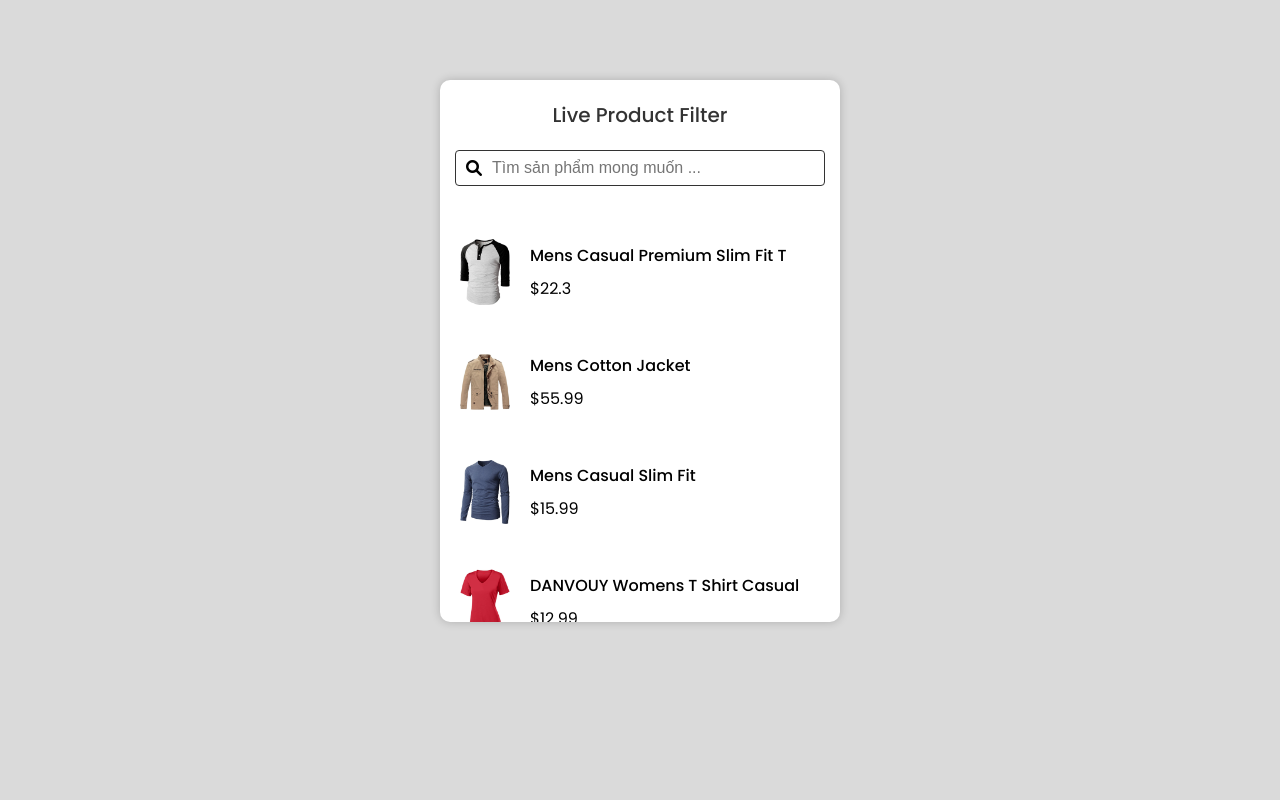
Repository: huannt2001/live-product-filter
Page: index.html
An editor plug-in stored every save of this project. The page is shown before and after the next save, followed by the edit.
The browser window is 1280 px wide. The pictures show the whole page.

Above is the page before, as saved 2022-01-08 10:35:47.

### index.html
<!DOCTYPE html>
<html lang="en">

<head>
    <meta charset="UTF-8">
    <meta http-equiv="X-UA-Compatible" content="IE=edge">
    <meta name="viewport" content="width=device-width, initial-scale=1.0">
    <title>Live Product Filter</title>
    <link rel="stylesheet" href="./style.css">
    <link rel="stylesheet" href="https://cdnjs.cloudflare.com/ajax/libs/font-awesome/6.0.0-beta3/css/all.min.css"
        integrity="sha512-Fo3rlrZj/k7ujTnHg4CGR2D7kSs0v4LLanw2qksYuRlEzO+tcaEPQogQ0KaoGN26/zrn20ImR1DfuLWnOo7aBA=="
        crossorigin="anonymous" referrerpolicy="no-referrer" />
    <link href="https://fonts.googleapis.com/css2?family=Poppins:wght@100;200;300;400;500;600;700;800;900&display=swap"
        rel="stylesheet">
</head>

<body>
    <div class="container">
        <div class="header">
            <h2 class="header__title">Live Product Filter</h2>
            <div class="header__input-wrap">
                <div class="header__search-icon">
                    <i class="fas fa-search"></i>
                </div>
                <input type="text" placeholder="Tìm sản phẩm mong muốn ..." class="header__input">
            </div>
        </div>

        <div class="product-list">
            <div class="product__item">
                <img src="./img/img1.jpg" alt="" class="product__item-image">
                <div class="product__item-desc">
                    <h4 class="product__item-name">Fjallraven - Foldsack No. 1 Ba</h4>
                    <div class="product__item-price">$109.95</div>
                </div>
            </div>
            <div class="product__item">
                <img src="./img/img2.jpg" alt="" class="product__item-image">
                <div class="product__item-desc">
                    <h4 class="product__item-name">Mens Casual Premium Slim Fit T</h4>
                    <div class="product__item-price">$22.3</div>
                </div>
            </div>
            <div class="product__item">
                <img src="./img/img3.jpg" alt="" class="product__item-image">
                <div class="product__item-desc">
                    <h4 class="product__item-name">Mens Cotton Jacket</h4>
                    <div class="product__item-price">$55.99</div>
                </div>
            </div>
            <div class="product__item">
                <img src="./img/img4.jpg" alt="" class="product__item-image">
                <div class="product__item-desc">
                    <h4 class="product__item-name">Mens Casual Slim Fit</h4>
                    <div class="product__item-price">$15.99</div>
                </div>
            </div>
            <div class="product__item">
                <img src="./img/img5.jpg" alt="" class="product__item-image">
                <div class="product__item-desc">
                    <h4 class="product__item-name">John Hardy Women's Legends Nag</h4>
                    <div class="product__item-price">$695</div>
                </div>
            </div>
            <div class="product__item">
                <img src="./img/img6.jpg" alt="" class="product__item-image">
                <div class="product__item-desc">
                    <h4 class="product__item-name">Solid Gold Petite Micropave</h4>
                    <div class="product__item-price">$168</div>
                </div>
            </div>
            <div class="product__item">
                <img src="./img/img7.jpg" alt="" class="product__item-image">
                <div class="product__item-desc">
                    <h4 class="product__item-name">White Gold Plated Princess</h4>
                    <div class="product__item-price">$9.99</div>
                </div>
            </div>
            <div class="product__item">
                <img src="./img/img8.jpg" alt="" class="product__item-image">
                <div class="product__item-desc">
                    <h4 class="product__item-name">Pierced Owl Rose Gold Plated S</h4>
                    <div class="product__item-price">$10.99</div>
                </div>
            </div>
            <div class="product__item">
                <img src="./img/img9.jpg" alt="" class="product__item-image">
                <div class="product__item-desc">
                    <h4 class="product__item-name">WD 2TB Elements Portable Exter</h4>
                    <div class="product__item-price">$64</div>
                </div>
            </div>
            <div class="product__item">
                <img src="./img/img10.jpg" alt="" class="product__item-image">
                <div class="product__item-desc">
                    <h4 class="product__item-name">SanDisk SSD PLUS 1TB Internal</h4>
                    <div class="product__item-price">$109</div>
                </div>
            </div>
            <div class="product__item">
                <img src="./img/img11.jpg" alt="" class="product__item-image">
                <div class="product__item-desc">
                    <h4 class="product__item-name">Silicon Power 256GB SSD 3D NAN</h4>
                    <div class="product__item-price">$109</div>
                </div>
            </div>
            <div class="product__item">
                <img src="./img/img12.jpg" alt="" class="product__item-image">
                <div class="product__item-desc">
                    <h4 class="product__item-name">WD 4TB Gaming Drive Works with</h4>
                    <div class="product__item-price">$114</div>
                </div>
            </div>
            <div class="product__item">
                <img src="./img/img13.jpg" alt="" class="product__item-image">
                <div class="product__item-desc">
                    <h4 class="product__item-name">Acer SB220Q bi 21.5 inches Ful</h4>
                    <div class="product__item-price">$599</div>
                </div>
            </div>
            <div class="product__item">
                <img src="./img/img14.jpg" alt="" class="product__item-image">
                <div class="product__item-desc">
                    <h4 class="product__item-name">Samsung 49-Inch CHG90 144Hz Cu</h4>
                    <div class="product__item-price">$999.99</div>
                </div>
            </div>
            <div class="product__item">
                <img src="./img/img15.jpg" alt="" class="product__item-image">
                <div class="product__item-desc">
                    <h4 class="product__item-name">BIYLACLESEN Women's 3-in-1 Sno</h4>
                    <div class="product__item-price">$56.99</div>
                </div>
            </div>
            <div class="product__item">
                <img src="./img/img16.jpg" alt="" class="product__item-image">
                <div class="product__item-desc">
                    <h4 class="product__item-name">Lock and Love Women's Removabl</h4>
                    <div class="product__item-price">$29.95</div>
                </div>
            </div>
            <div class="product__item">
                <img src="./img/img17.jpg" alt="" class="product__item-image">
                <div class="product__item-desc">
                    <h4 class="product__item-name">Rain Jacket Women Windbreaker</h4>
                    <div class="product__item-price">$39.99</div>
                </div>
            </div>
            <div class="product__item">
                <img src="./img/img18.jpg" alt="" class="product__item-image">
                <div class="product__item-desc">
                    <h4 class="product__item-name">MBJ Women's Solid Short Sleeve</h4>
                    <div class="product__item-price">$9.85</div>
                </div>
            </div>
            <div class="product__item">
                <img src="./img/img19.jpg" alt="" class="product__item-image">
                <div class="product__item-desc">
                    <h4 class="product__item-name">Opna Women's Short Sleeve Mois</h4>
                    <div class="product__item-price">$7.95</div>
                </div>
            </div>
            <div class="product__item">
                <img src="./img/img20.jpg" alt="" class="product__item-image">
                <div class="product__item-desc">
                    <h4 class="product__item-name">DANVOUY Womens T Shirt Casual</h4>
                    <div class="product__item-price">$12.99</div>
                </div>
            </div>
        </div>
    </div>

    <script>
        const products = document.querySelectorAll('.product__item')
        const productsName = document.querySelectorAll('.product__item-name')
        const input = document.querySelector('.header__input')

        input.addEventListener('input', () => {
            searchItem(input.value)
        })

        function searchItem(value) {
            Array.from(products).forEach(product => {
                if (!product.innerText.toLowerCase().includes(value.toLowerCase())) {
                    product.classList.add('hide')
                } else {
                    product.classList.remove('hide')
                }
            })
        }

        searchItem('Mens')
    </script>
</body>

</html>

### style.css
* {
    padding: 0;
    margin: 0;
    box-sizing: border-box;
}

body {
    font-family: "Poppins", sans-serif;
    background-color: #dadada;
    height: 100vh;
    width: 100%;
}

.container {
    width: 400px;
    margin: 80px auto;
    background-color: #fff;
    border-radius: 10px;
    box-shadow: 0px 0px 10px rgba(0, 0, 0, 0.2);

}

.header {
    padding: 20px 15px;
}

.header__title {
    font-size: 20px;
    color: #333;
    font-weight: 500;
    text-align: center;
    margin-bottom: 20px;
}

.header__input-wrap {
    display: flex;
    align-items: center;
    border: 1px solid #333;
    border-radius: 4px;
}

.header__search-icon {
    font-size: 16px;
    padding: 4px 0 4px 10px;
    cursor: pointer;
}

input.header__input {
    border: none;
    outline: none;
    flex: 1;
    font-size: 16px;
    padding: 8px 10px;
    background-color: transparent;
}

.product-list {
    margin-top: 16px;
    max-height: 400px;
    overflow-y: auto;
}

.product__item {
    display: flex;
    align-items: center;
    padding: 8px 20px;
    margin-bottom: 10px;
    height: 100px;
    cursor: pointer;
}

.product__item:hover {
    background-color: #ddd;
}

.product__item-image {
    width: 50px;
    margin-right: 20px;
}

h4.product__item-name {
    font-weight: 500;
    margin-bottom: 8px;
}

.hide {
    display: none;
}

After the next save:
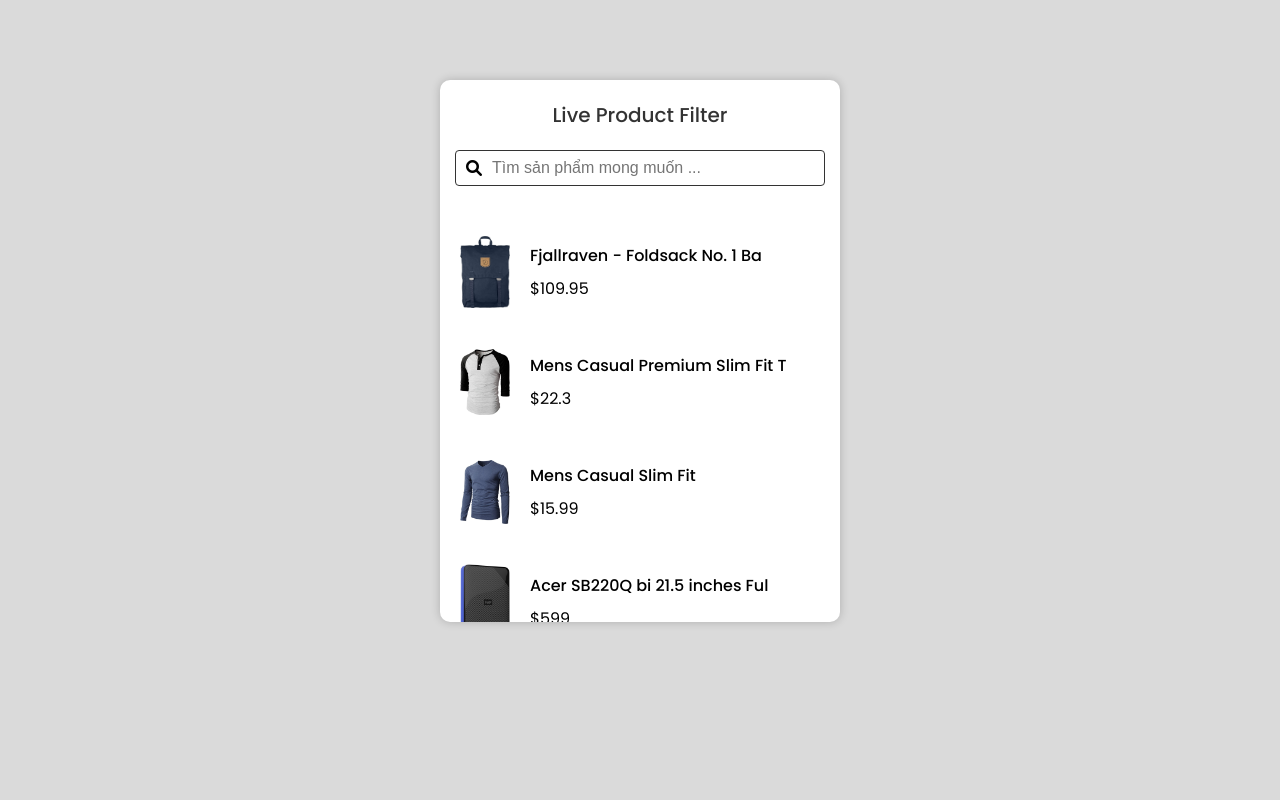
Saved 17 s later.
--- a/index.html
+++ b/index.html
@@ -189,7 +189,7 @@
             })
         }
 
-        searchItem('Mens')
+        searchItem('f')
     </script>
 </body>
 
